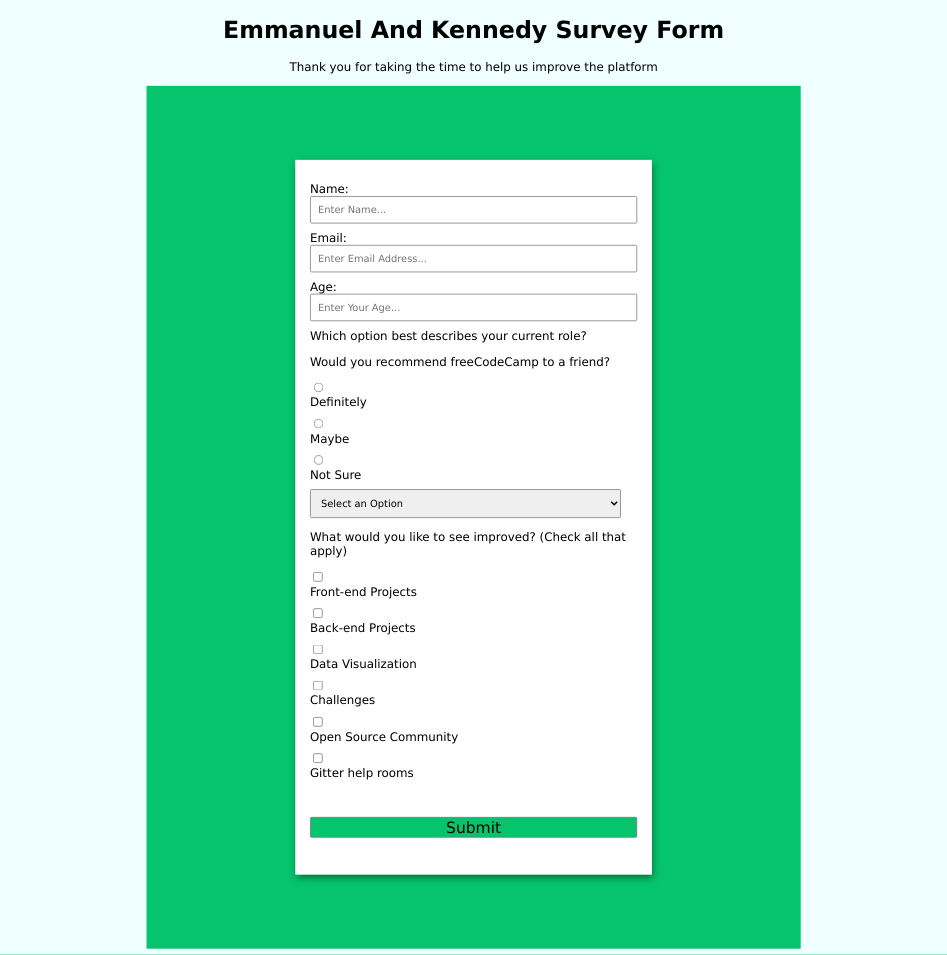
Repository: kennedyowusu/EmmaAndKen
Page: index.html
An editor plug-in stored every save of this project. The page is shown before and after the next save, followed by the edit.
The browser window is 1280 px wide. The pictures show the whole page, at 74% of full size.

Above is the page before, as saved 2022-08-14 11:57:16.

### index.html
<!DOCTYPE html>
<html lang="en">
  <head>
    <meta charset="UTF-8" />
    <title>Fork Me! FCC: Test Suite Template</title>
    <link rel="stylesheet" href="css/style.css" />
  </head>

  <body>
    <script src="https://cdn.freecodecamp.org/testable-projects-fcc/v1/bundle.js"></script>

    <!--
    Hello Camper!
    For now, the test suite only works in Chrome!
    Please read the README below in the JS Editor before beginning.
    Feel free to delete this message once you have read it.
    Good luck and Happy Coding!
    - The freeCodeCamp Team
    -->

    <div class="heading">
      <h1 id="title">Emmanuel And Kennedy Survey Form</h1>
      <p id="description">
        Thank you for taking the time to help us improve the platform
      </p>
      <div class="form-main">
        <form id="survey-form">
          <label id="name-label">
            Name:
            <input type="text" id="name" required placeholder="Enter Name..." />
          </label>

          <label id="email-label">
             Email:
            <input
              type="email"
              id="email"
              required
              placeholder="Enter Email Address..."
            />
          </label>

          <label id="number-label">
             Age:
            <input
              type="number"
              min="0"
              max="9"
              id="number"

              placeholder="Enter Your Age..."
            />
          </label>

          <label>Which option best describes your current role?</label>


          <div>
            <p>Would you recommend freeCodeCamp to a friend?</p>
            <input type="radio" name="radio" value="1" id="radio1" />
            <label for="radio1">Definitely</label>

            <input type="radio" name="radio" value="2" id="radio2" />
            <label for="radio2">Maybe</label>

            <input type="radio" name="radio" value="3" id="radio3" />
            <label for="radio3">Not Sure</label>
          </div>

          <select name="" id="">
            <option value="">
              Select an Option
            </option>

            <option value="1">
              Challenges
            </option>

            <option value="2">
              Projects
            </option>

            <option value="3">
              Community
            </option>

            <option value="4">
              Open Source
            </option>
          </select>


          <div>
            <p>What would you like to see improved? (Check all that apply)</p>

            <input type="checkbox" name="checkbox" value="1" id="checkbox1" />
            <label for="checkbox1">Front-end Projects</label>

            <input type="checkbox" name="checkbox" value="2" id="checkbox2" />
            <label for="checkbox2">Back-end Projects</label>

            <input type="checkbox" name="checkbox" value="3" id="checkbox3" />
            <label for="checkbox3">Data Visualization</label>

            <input type="checkbox" name="checkbox" value="4" id="checkbox4" />
            <label for="checkbox4">Challenges</label>

            <input type="checkbox" name="checkbox" value="5" id="checkbox5" />
            <label for="checkbox5">Open Source Community
</label>

            <input type="checkbox" name="checkbox" value="6" id="checkbox6" />
            <label for="checkbox6">Gitter help rooms</label>
          </div>





          <button id="submit" type="submit">Submit</button>
        </form>
      </div>
    </div>

    <script src="js/index.js"></script>
  </body>
</html>

### css/style.css
body {
    background-color: azure;
    font-family: Verdana, Geneva, Tahoma, sans-serif;
    text-align: center;
}

.form-main {
    text-align: left;
    margin-bottom: 25px;
    background-color: #05c46b;
    width: 70%;
    margin: auto;
    display: flex;
    flex-direction: column;
    align-items: center;
}

form {
    background-color: #fff;
    max-width: 50%;
    margin: 100px auto;
    padding: 30px 20px;
    box-shadow: 2px 5px 10px rgba(0, 0, 0, 0.5);
}

.form-main label {
    display: block;
    margin-bottom: 10px;
}

.selected {
    display: block;
}

.form-main input,
.form-main select,
.form-main textarea {
    border: 1px solid #777;
    border-radius: 2px;
    font-family: inherit;
    padding: 10px;
    display: block;
    width: 95%;
}

.form-main input[type="radio"],
.form-main input[type="checkbox"] {
    display: inline-block;
    width: auto;
}

button {
    background-color: #05c46b;
    border: 1px solid #777;
    border-radius: 2px;
    font-family: inherit;
    font-size: 21px;
    display: block;
    width: 100%;
    margin-top: 50px;
    margin-bottom: 20px;
}

### js/index.js
// !! IMPORTANT README:

// You may add additional external JS and CSS as needed to complete the project, however the current external resource MUST remain in place for the tests to work. BABEL must also be left in place.

/***********
INSTRUCTIONS:
  - Select the project you would
    like to complete from the dropdown
    menu.
  - Click the "RUN TESTS" button to
    run the tests against the blank
    pen.
  - Click the "TESTS" button to see
    the individual test cases.
    (should all be failing at first)
  - Start coding! As you fulfill each
    test case, you will see them go
    from red to green.
  - As you start to build out your
    project, when tests are failing,
    you should get helpful errors
    along the way!
    ************/

// PLEASE NOTE: Adding global style rules using the * selector, or by adding rules to body {..} or html {..}, or to all elements within body or html, i.e. h1 {..}, has the potential to pollute the test suite's CSS. Try adding: * { color: red }, for a quick example!

// Once you have read the above messages, you can delete all comments.
"use strict";

After the next save:
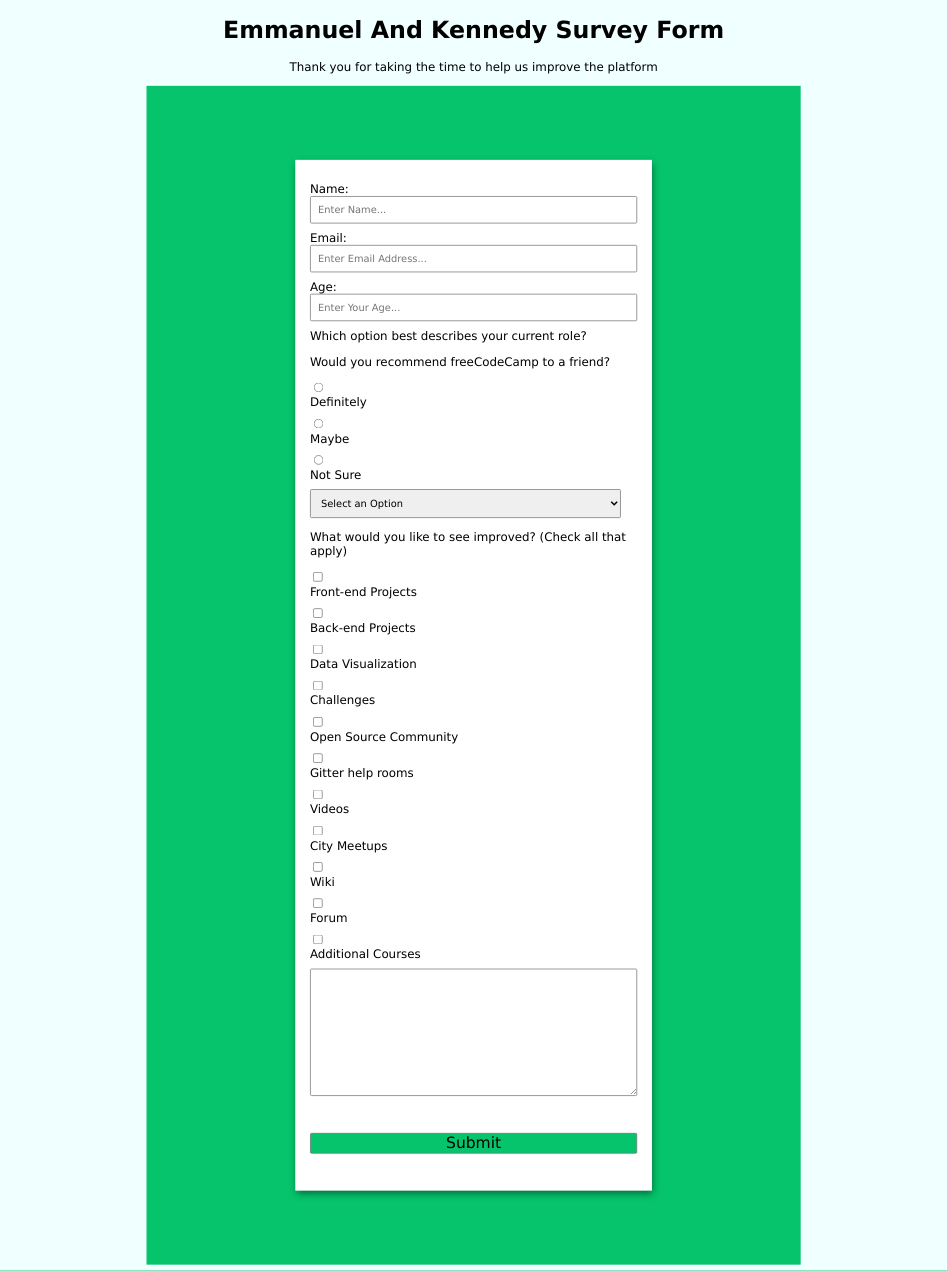
Saved 84 s later.
--- a/index.html
+++ b/index.html
@@ -106,16 +106,31 @@
             <label for="checkbox4">Challenges</label>
 
             <input type="checkbox" name="checkbox" value="5" id="checkbox5" />
-            <label for="checkbox5">Open Source Community
-</label>
+            <label for="checkbox5">Open Source Community</label>
 
             <input type="checkbox" name="checkbox" value="6" id="checkbox6" />
             <label for="checkbox6">Gitter help rooms</label>
+
+            <input type="checkbox" name="checkbox" value="7" id="checkbox7" />
+            <label for="checkbox7">Videos</label>
+
+            <input type="checkbox" name="checkbox" value="8" id="checkbox8" />
+            <label for="checkbox8">City Meetups</label>
+
+            <input type="checkbox" name="checkbox" value="9" id="checkbox9" />
+            <label for="checkbox9">Wiki</label>
+
+            <input type="checkbox" name="checkbox" value="10" id="checkbox10" />
+            <label for="checkbox10">Forum</label>
+
+            <input type="checkbox" name="checkbox" value="11" id="checkbox11" />
+            <label for="checkbox11">Additional Courses</label>
+
           </div>
 
-
-
-
+          <div>
+            <textarea name="" id="" cols="30" rows="10"></textarea>
+          </div>
 
           <button id="submit" type="submit">Submit</button>
         </form>
